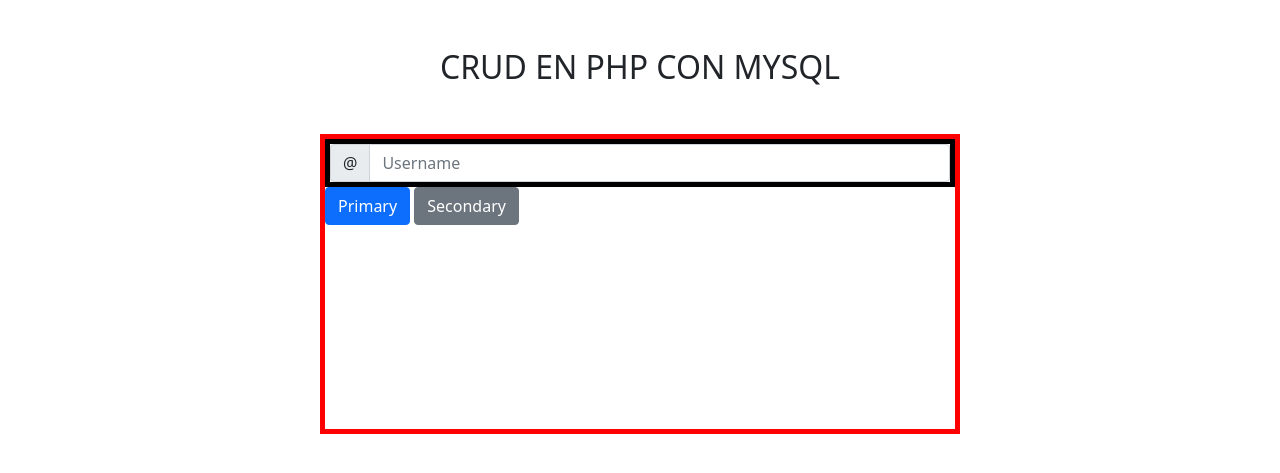
Repository: nder1996/CRUD_SENCILLO
Page: http://localhost/
The author's editor kept a copy of each file at every save. The page is drawn from the files as they stood at one save, then again after the next save.
The browser window is 1280 px wide. The pictures show the whole page.
The page is run by PHP 8.4 with error messages shown; the project is at /var/www/html/.

Above is the page before, as saved 2021-10-04 19:52:51.

After the next save:
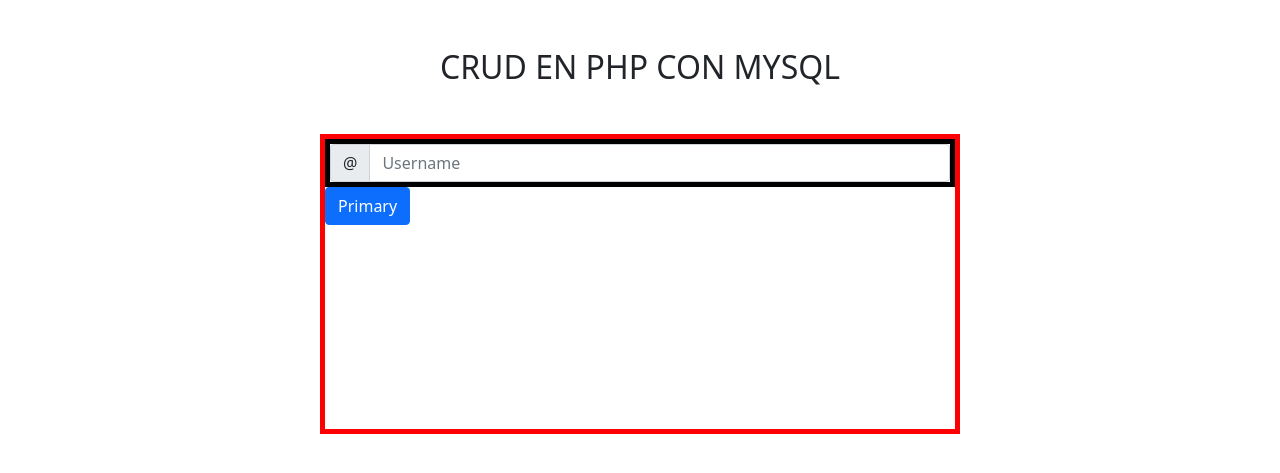
Saved 6 s later.
--- a/CRUD - SILENCIADO/index.php
+++ b/CRUD - SILENCIADO/index.php
@@ -22,7 +22,7 @@
                 </section>
                 <section>
                     <button type="button" class="btn btn-primary">Primary</button>
-                    <button type="button" class="btn btn-secondary">Secondary</button
+
                 </section>
                 <section>
 
